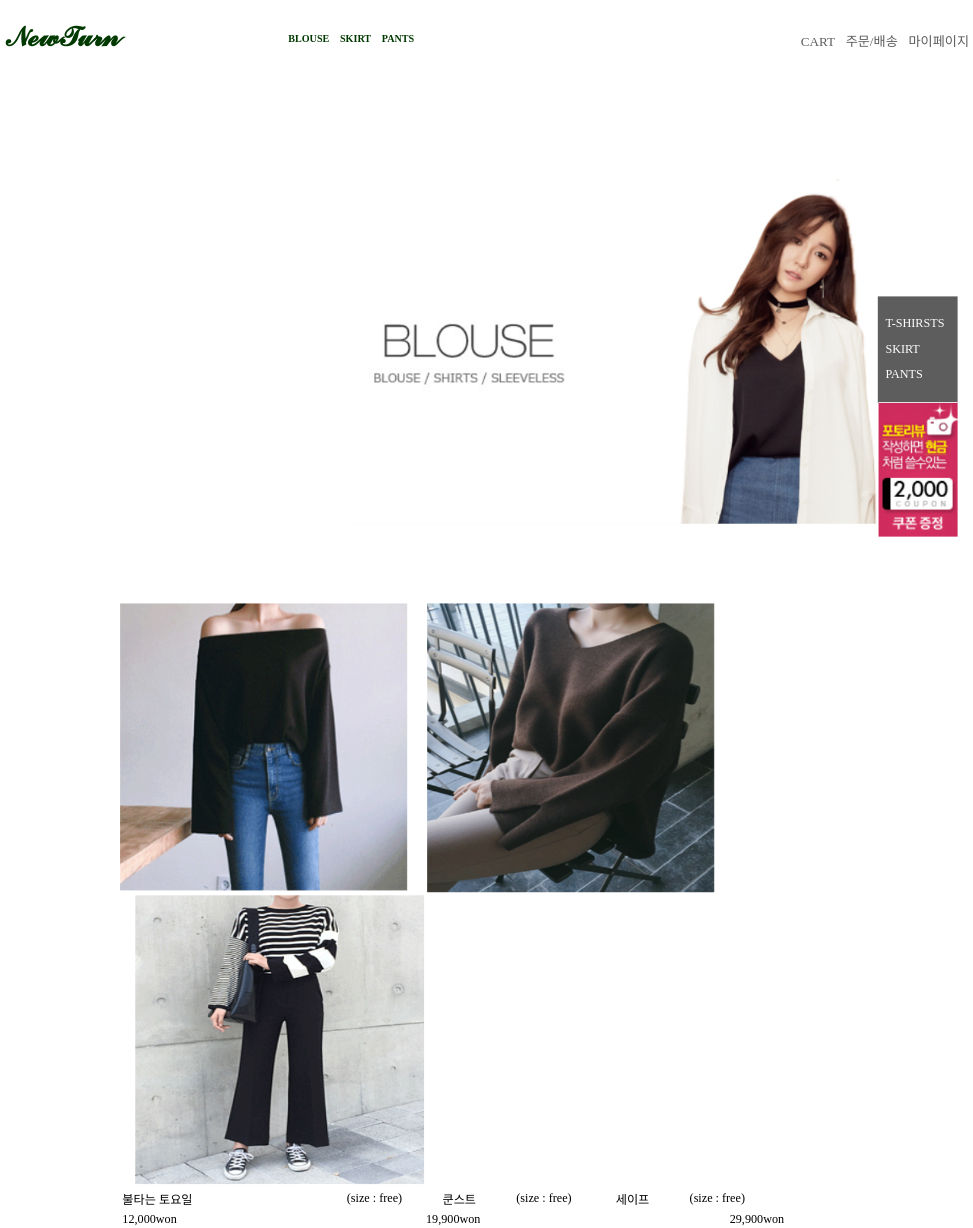
Repository: won0108/Port-Folio
Page: Creating_Homepage/Shopping/WebContent/top.html
These files come from the project's save history. The page is drawn as it stood at one moment and after the next save; the edit follows.
The browser window is 1280 px wide. The pictures show the whole page, at 76% of full size.

Above is the page before, as saved 2020-12-03 08:03:29.

After the next save:
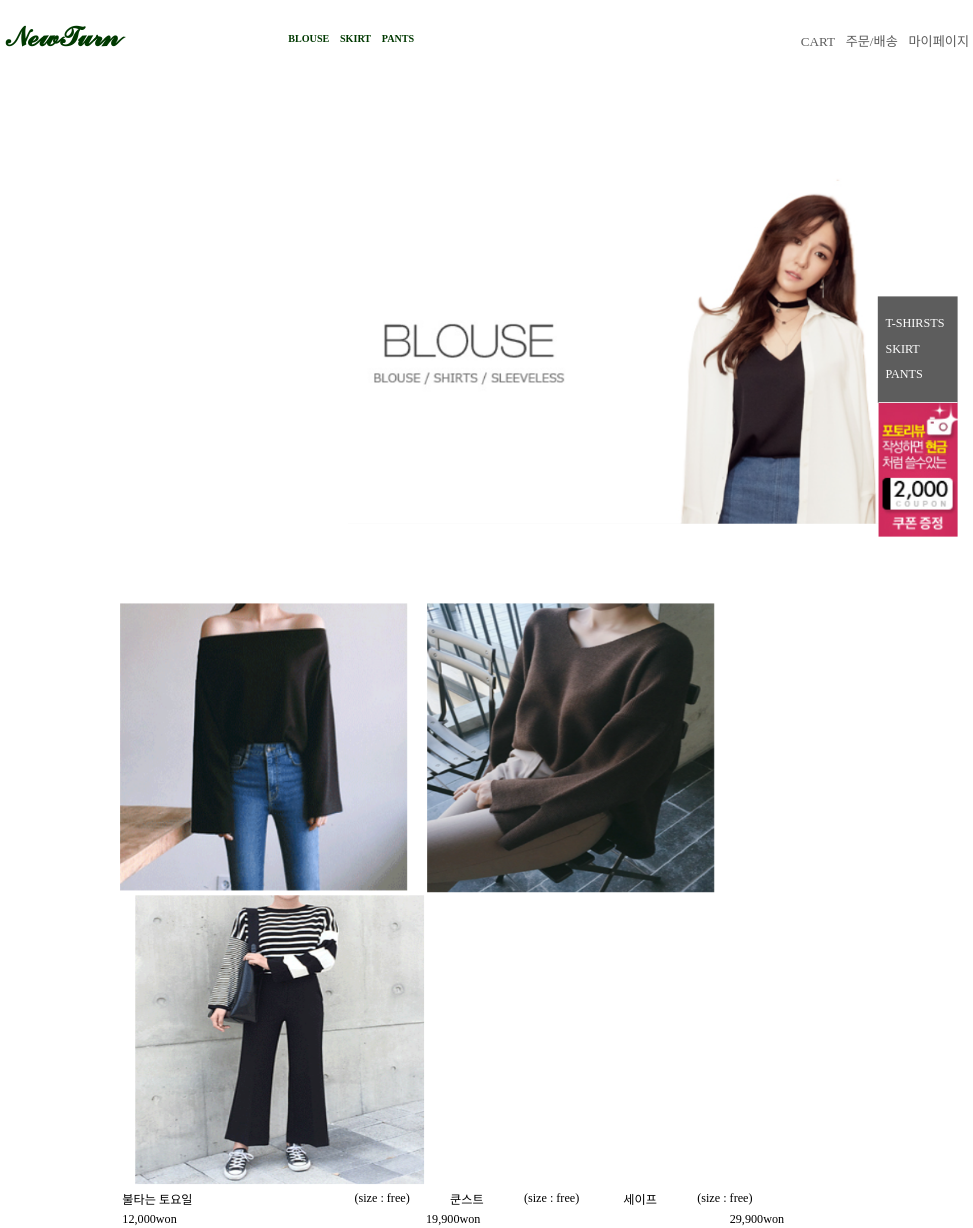
Saved 8 s later.
--- a/Creating_Homepage/Shopping/WebContent/top.html
+++ b/Creating_Homepage/Shopping/WebContent/top.html
@@ -78,7 +78,7 @@
 			<table>
 				<tr>
 					<td>불타는 토요일</td>
-					<td style="padding-left:200px;">(size : free)</td>
+					<td style="padding-left:210px;">(size : free)</td>
 					<td style="padding-left: 50px;">쿤스트</td>
 					<td style="padding-left:50px;">(size : free)</td>
 					<td style="padding-left: 55px;">세이프</td>

After the save that followed:
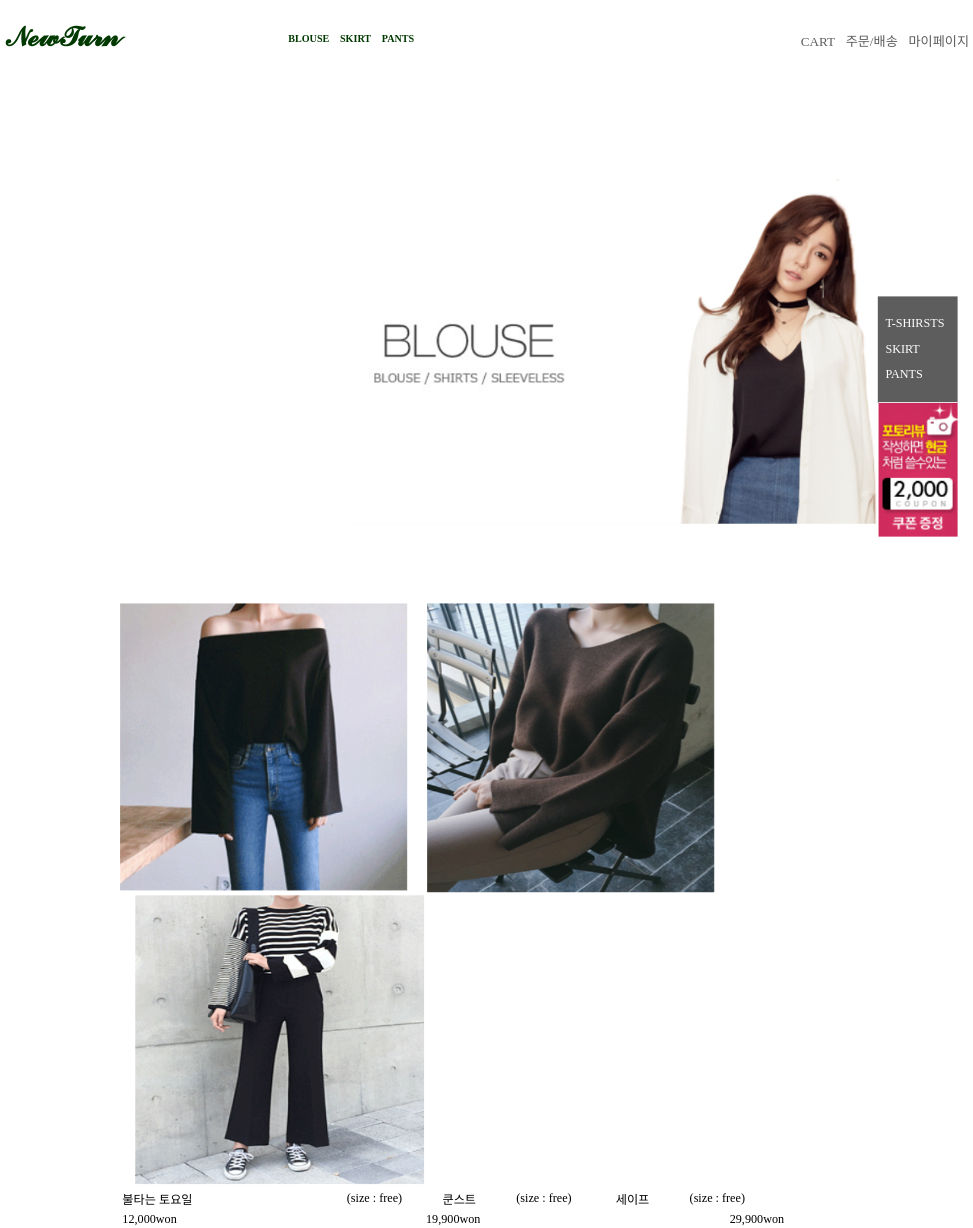
Saved 5 s later.
--- a/Creating_Homepage/Shopping/WebContent/top.html
+++ b/Creating_Homepage/Shopping/WebContent/top.html
@@ -78,7 +78,7 @@
 			<table>
 				<tr>
 					<td>불타는 토요일</td>
-					<td style="padding-left:210px;">(size : free)</td>
+					<td style="padding-left:200px;">(size : free)</td>
 					<td style="padding-left: 50px;">쿤스트</td>
 					<td style="padding-left:50px;">(size : free)</td>
 					<td style="padding-left: 55px;">세이프</td>
